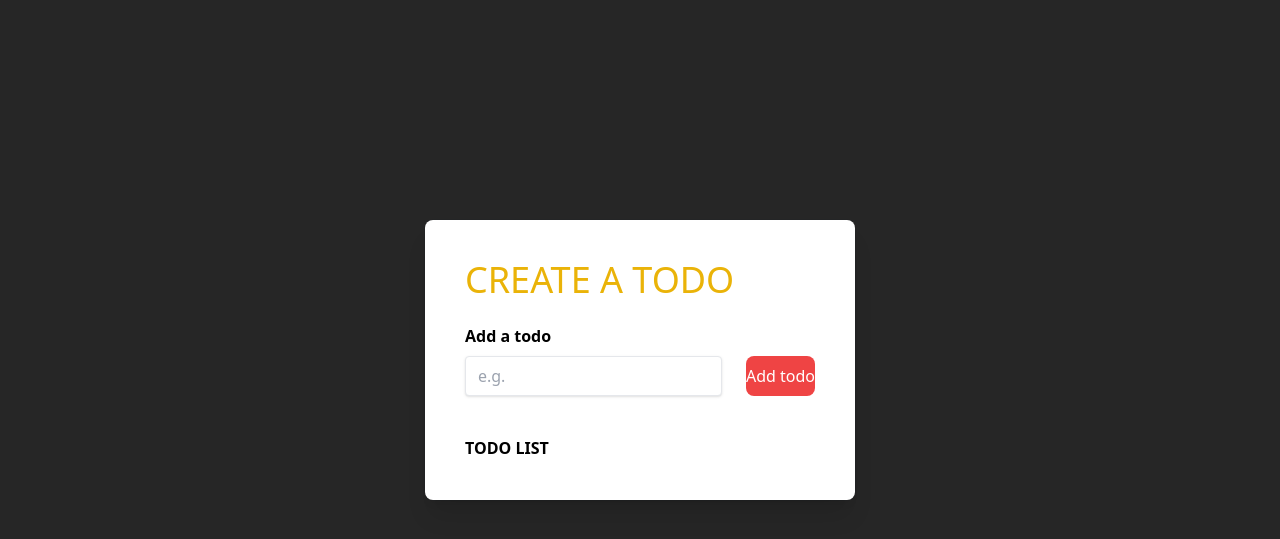
Repository: Kajo-lab/vue-todo
Page: /
These files come from the project's save history. The page is drawn as it stood at one moment and after the next save; the edit follows.
The browser window is 1280 px wide. The pictures show the whole page.
The project was rebuilt for these pictures with package versions that can differ from the ones it lists, and the page was loaded fresh each time. Also part of the build but not shown: vite.config.js, webpack.config.js.

Above is the page before, as saved 2022-07-07 17:18:02.

After the next save:
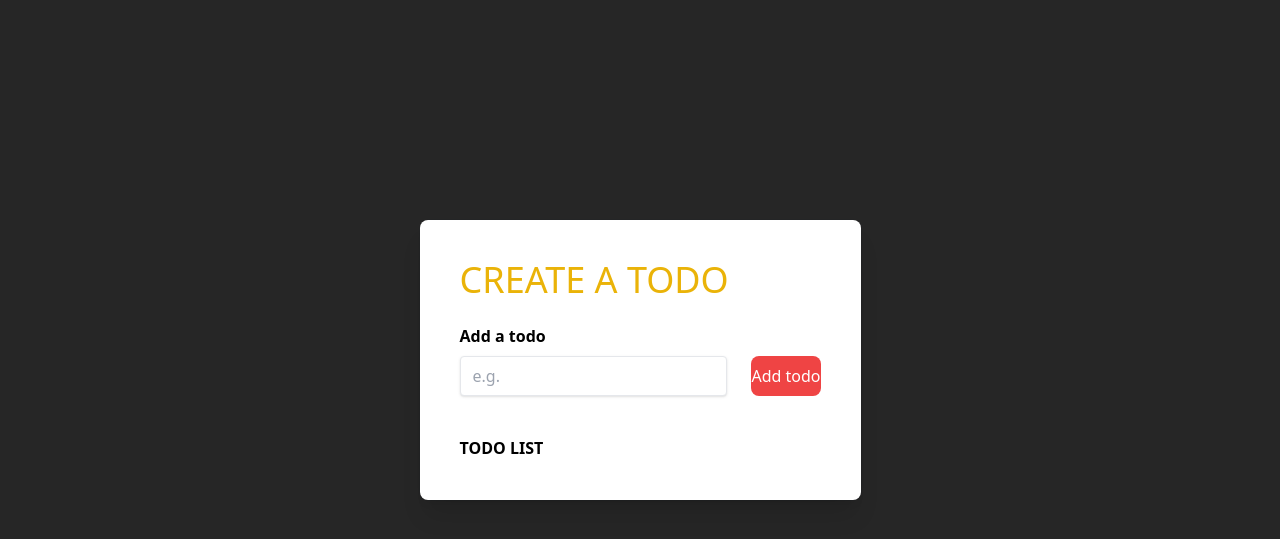
Saved 10 s later.
--- a/src/App.vue
+++ b/src/App.vue
@@ -59,7 +59,7 @@ onMounted(() => {
 						placeholder="e.g. "
 						v-model="input_content" />
 
-					<input type="submit" value="Add todo" class="h-10 max-w-xl text-white rounded-lg bg-red-500 hover:bg-red-600"/>
+					<input type="submit" value="Add todo" class="h-10 w-20 text-white rounded-lg bg-red-500 hover:bg-red-600"/>
 				</form>
 		</section>
 
